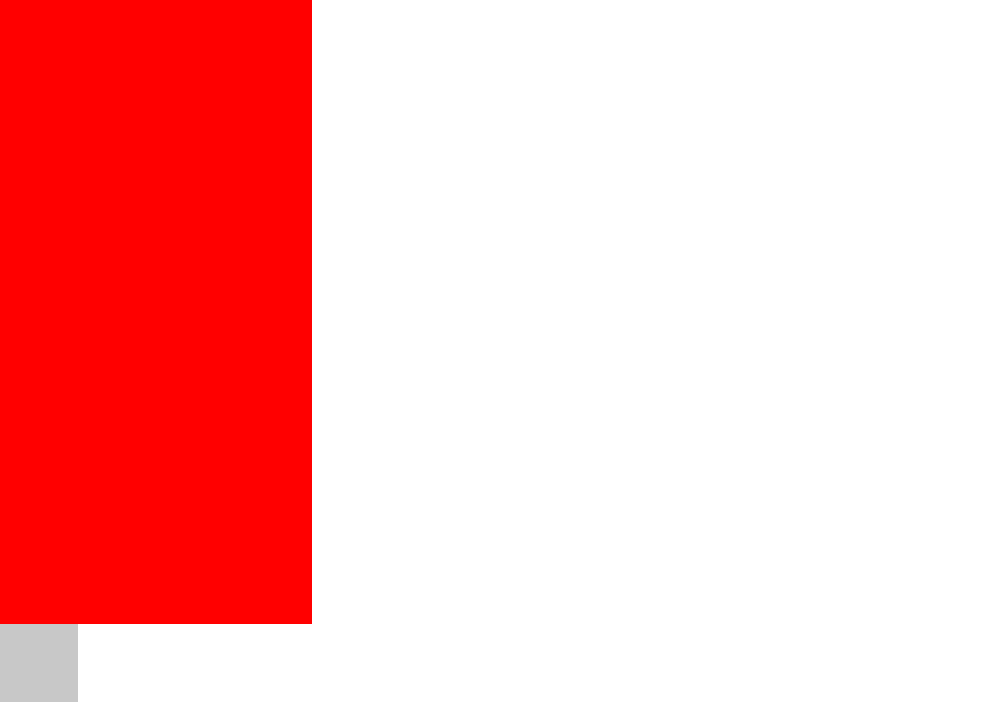
Repository: Ryszard-Penkala/Canvas-p5
Page: index.html
The author's editor kept a copy of each file at every save. The page is drawn from the files as they stood at one save, then again after the next save.
The browser window is 1280 px wide. The pictures show the whole page, at 78% of full size.
Some web libraries are served in a nearby version.

Above is the page before, as saved 2020-07-06 06:58:53.
Console error: ReferenceError: resizeCanvas is not defined

### index.html
<!DOCTYPE html>
<html lang="en">
<head>
    <meta charset="UTF-8">
    <meta name="viewport" content="width=device-width, initial-scale=1.0">
    <link rel="stylesheet" href="./assets/styles/style.css">
    <script src="https://cdnjs.cloudflare.com/ajax/libs/p5.js/1.0.0/p5.min.js"></script>
    <title>p5</title>
</head>
<body>
    <div class="canvas" id="canvasik"></div>


<script src="./assets/js/index.js"></script>
</body>
</html>

### assets/styles/style.css
*,
*::before,
*::after {
  margin: 0;
  padding: 0;
  -webkit-box-sizing: border-box;
          box-sizing: border-box;
}

.canvas {
  width: 400px;
  height: 800px;
  background-color: red;
}
/*# sourceMappingURL=style.css.map */

### assets/js/index.js
console.log('siema');
const canvas = document.getElementById('canvasik');

function setup() {
    let myCanvas = createCanvas(100, 100);
}

resizeCanvas(500, window.innerHeight)

function draw() {
    background(200);
  }

After the next save:
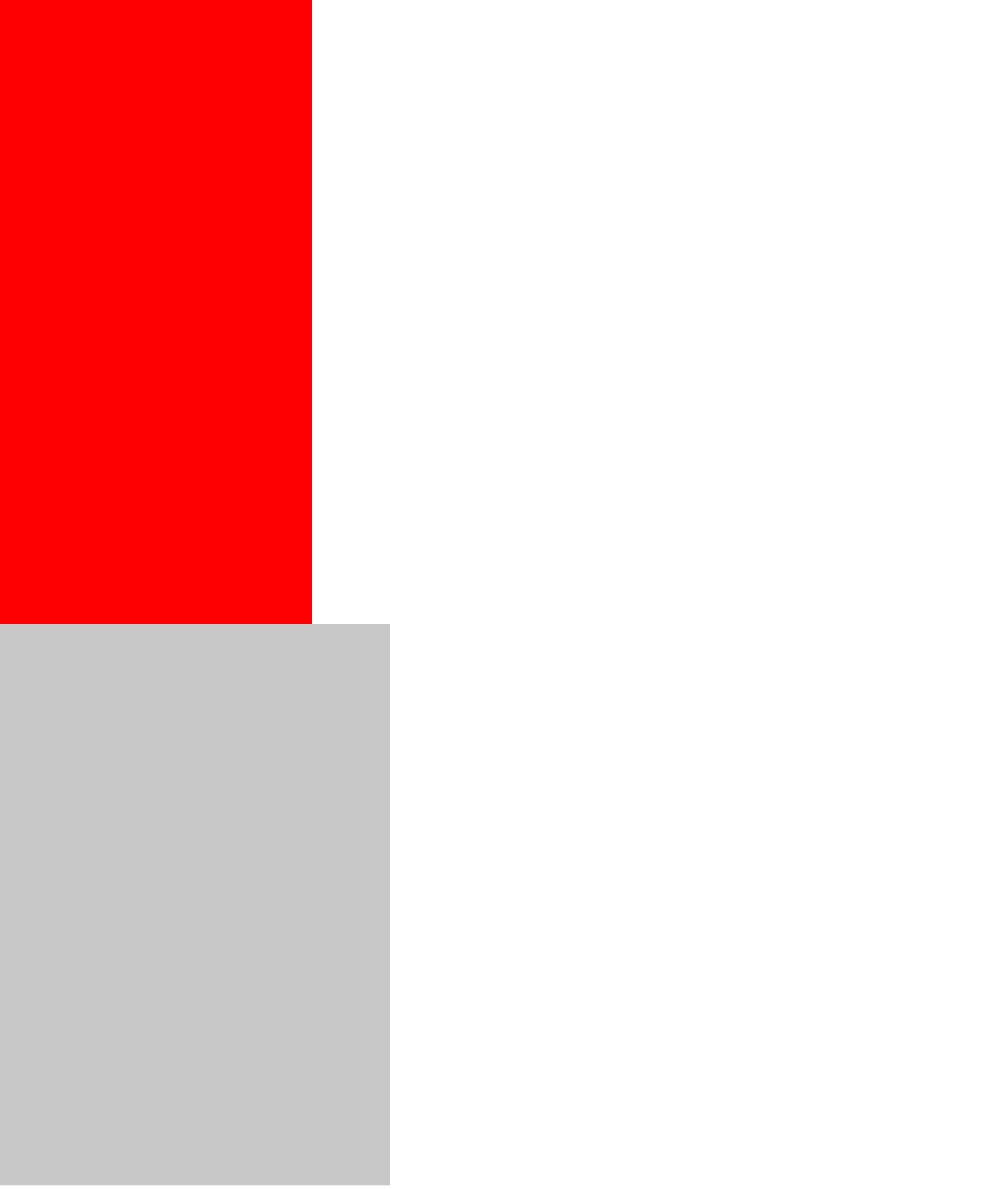
The error is gone.
Saved 14 s later.
--- a/assets/js/index.js
+++ b/assets/js/index.js
@@ -3,9 +3,10 @@ const canvas = document.getElementById('canvasik');
 
 function setup() {
     let myCanvas = createCanvas(100, 100);
+    resizeCanvas(500, window.innerHeight)
 }
 
-resizeCanvas(500, window.innerHeight)
+
 
 function draw() {
     background(200);
